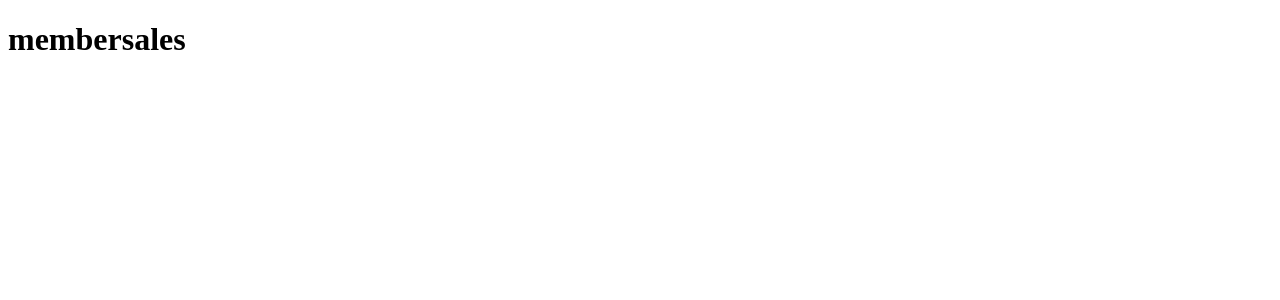
Repository: Kim-seongjun/javastudy2
Page: http://localhost/back_end_test/membersales
An editor plug-in stored every save of this project. The page is shown before and after the next save, followed by the edit.
The browser window is 1280 px wide. The pictures show the whole page.
The page is served by Tomcat 9. Other server files are loaded and not shown.

Above is the page before, as saved 2020-01-22 05:47:45.

### back_end_test/WebContent/membersales.jsp
<%@ page language="java" contentType="text/html; charset=UTF-8"
    pageEncoding="UTF-8"%>
<!DOCTYPE html>
<html>
<head>
<meta charset="UTF-8">
<title>Insert title here</title>
</head>
<body>
<h1>membersales</h1>
</body>
</html>

### back_end_test/src/com/icia/open/Controller/Home.java
package com.icia.open.Controller;

import java.io.IOException;

import javax.servlet.RequestDispatcher;
import javax.servlet.ServletException;
import javax.servlet.annotation.WebServlet;
import javax.servlet.http.HttpServlet;
import javax.servlet.http.HttpServletRequest;
import javax.servlet.http.HttpServletResponse;

import com.icia.open.Bean.Forward;
import com.icia.open.DAO.MemberDao;
import com.icia.open.service.MemberMM;

/**
 * Servlet implementation class Home
 */

@WebServlet({ "/Joinfrm","/memberlist","/membersales","/index" })

public class Home extends HttpServlet {
	private static final long serialVersionUID = 1L;

	protected void doProcess(HttpServletRequest request, HttpServletResponse response)
			throws ServletException, IOException {
		request.setCharacterEncoding("utf-8");
		String cmd = request.getServletPath();
		System.out.println("cmd = " + cmd);
		Forward fw = new Forward();
		MemberMM mm = new MemberMM(request, response);
		MemberDao md = new MemberDao();

		switch (cmd) {
		case "/Joinfrm":
			fw = mm.Joinfrm();
			break;
		case "/index":
			fw = mm.index();
			break;
		case "/memberlist":
			fw = mm.memberlist();
			break;
		case "/membersales":
			fw = mm.membersales();
			break;
		}
		if(fw!=null) {
	         if(fw.isRedirect()) {
	            response.sendRedirect(fw.getPath());
	         }
	         else {
	            RequestDispatcher dis=request.getRequestDispatcher(fw.getPath());
	            dis.forward(request, response);
	         }
	      }
	}

	protected void doGet(HttpServletRequest request, HttpServletResponse response)
			throws ServletException, IOException {
		doProcess(request, response);
	}

	protected void doPost(HttpServletRequest request, HttpServletResponse response)
			throws ServletException, IOException {
		doProcess(request, response);
	}

}

### back_end_test/src/com/icia/open/Bean/Forward.java
package com.icia.open.Bean;

public class Forward {
	private String path;
	private boolean isRedirect;

	public String getPath() {
		return path;
	}

	public void setPath(String path) {
		this.path = path;
	}

	public boolean isRedirect() {
		return isRedirect;
	}

	public void setRedirect(boolean isRedirect) {
		this.isRedirect = isRedirect;
	}
}

### back_end_test/src/com/icia/open/service/MemberMM.java
package com.icia.open.service;

import javax.servlet.http.HttpServletRequest;
import javax.servlet.http.HttpServletResponse;

import com.google.gson.Gson;
import com.icia.open.Bean.Forward;
import com.icia.open.Bean.Member;
import com.icia.open.DAO.MemberDao;

public class MemberMM {
	HttpServletRequest request;
	HttpServletResponse response;

	public MemberMM(HttpServletRequest request, HttpServletResponse response) {
		// TODO Auto-generated constructor stub
	}

	public Forward index() {
		Forward fw = new Forward();
		fw.setPath("index.jsp");
		fw.setRedirect(false);
		return fw;

	}

	public Forward Joinfrm() {
		Forward fw = new Forward();
		MemberDao mDao = new MemberDao();
		Member mb = mDao.joinfrm();
		System.out.println("111"+mb.getCustno());

		request.setAttribute("custno", mb.getCustno());

		fw.setPath("Joinfrm.jsp");
		fw.setRedirect(false);
		return fw;
	}

	public Forward memberlist() {
		Forward fw = new Forward();
		MemberDao mDao = new MemberDao();
		fw.setPath("memberlist.jsp");
		fw.setRedirect(false);
		return fw;
	}

	public Forward membersales() {
		Forward fw = new Forward();
		MemberDao mDao = new MemberDao();
		fw.setPath("membersales.jsp");
		fw.setRedirect(false);
		return fw;
	}

}

### back_end_test/src/com/icia/open/DAO/MemberDao.java
package com.icia.open.DAO;

import java.sql.Connection;
import java.sql.PreparedStatement;
import java.sql.ResultSet;
import java.sql.SQLException;

import com.icia.open.Bean.Member;

public class MemberDao {
	Connection con;
	PreparedStatement pstmt;
	ResultSet rs;

	public MemberDao() {
		con = JdbcUtil.getConnection();
	}

	public void close() {
		JdbcUtil.close(rs, pstmt, con);
	}

	public Member joinfrm() {
		String sql = "SELECT ROWNUM,CUSTNO FROM MEMBER WHERE ROWNUM=1 ORDER BY custno DESC";
		try {
			pstmt=con.prepareStatement(sql);
			rs=pstmt.executeQuery();
			Member mb = new Member();
			if(rs.next()) {
				mb.setCustno(rs.getInt("custno")+1);
				System.out.println("custno = "+rs.getInt("custno"));
			}
			return mb;

		} catch (SQLException e) {
			System.out.println("조인 예외");
			e.printStackTrace();
		}
		return null;
	}
}

### back_end_test/src/com/icia/open/DAO/JdbcUtil.java
package com.icia.open.DAO;
import java.sql.Connection;
import java.sql.DriverManager;
import java.sql.PreparedStatement;
import java.sql.ResultSet;
import java.sql.SQLException;

//디비접속, 디비종료, TX(commit, rollback....)
public class JdbcUtil {

	static { // 초기화 1번만
		try {
			Class.forName("oracle.jdbc.driver.OracleDriver");
		} catch (ClassNotFoundException cne) {
			System.out.println("드라이버 로딩 실패");
			cne.printStackTrace();
		}
	} // static End

	public static Connection getConnection() { //db접속
		Connection con=null;
		try {
			con = DriverManager.getConnection("jdbc:oracle:thin:@localhost:1521:xe", "ICIA2", "1111");
			System.out.println("DB접속 성공");
			//con.setAutoCommit(false);  //트랜잭션 처리시 수동 커밋
		} catch (SQLException e) {
			System.out.println("DB접속 실패");
			e.printStackTrace();
		}
		return con;
	}//getConnection() End

	public static void close(ResultSet rs, PreparedStatement pstmt, Connection con) {
		try {
			if (rs != null)
				rs.close();
			if (pstmt != null)
				pstmt.close();
			if (con != null)
				con.close();

		} catch (SQLException e) {
			System.out.println("close 에러");
			e.printStackTrace();
		}
		System.out.println("close Ok");
	} //close() End

	public static void commit(Connection con) {
		try {
		con.commit();
	} catch (Exception e) {
		e.printStackTrace();
	}

	}  // commit() End



	public static void rollback(Connection con) {
		try {
			con.rollback();
		} catch (Exception e) {
		}

	}//rollback() End




}//class End

### back_end_test/WebContent/header.jsp
<%@ page language="java" contentType="text/html; charset=UTF-8"
	pageEncoding="UTF-8"%>
<!DOCTYPE html>
<html>
<head>
<meta charset="UTF-8">
<title>Insert title here</title>
<style>
</style>
</head>
<body><b>쇼핑몰 회원관리 ver1.0</b>
</body>
</html>

### back_end_test/WebContent/nav.jsp
<%@ page language="java" contentType="text/html; charset=UTF-8"
    pageEncoding="UTF-8"%>
<!DOCTYPE html>
<html>
<head>
<meta charset="UTF-8">
<title>Insert title here</title>

</head>
<style>
ul li {
	list-style-type: none;
	display: inline;
	margin: 0px 10px;
}
</style>
<body>
   <div id="div_nav">
      <ul id="list">
         <li><a href="Joinfrm">회원등록</a></li>
         <li><a href="memberlist">회원목록조회/수정</a></li>
         <li><a href="membersales">회원매출조회</a></li>
         <li><a href="index">홈으로</a></li>
      </ul>
   </div>
</body>
</html>

After the next save:
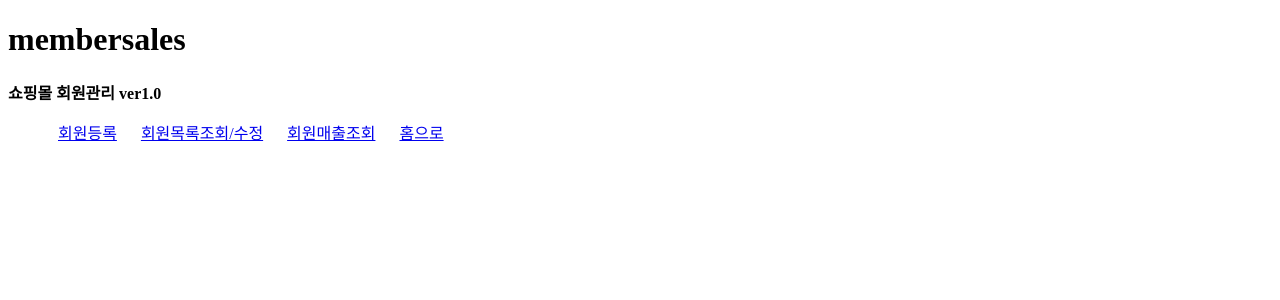
Saved 5 min 27 s later.
--- a/back_end_test/WebContent/membersales.jsp
+++ b/back_end_test/WebContent/membersales.jsp
@@ -8,5 +8,15 @@
 </head>
 <body>
 <h1>membersales</h1>
+<header>
+		<div id="header">
+			<jsp:include page="header.jsp" />
+		</div>
+	</header>
+	<nav>
+		<div id="nav">
+			<jsp:include page="nav.jsp" />
+		</div>
+	</nav>
 </body>
 </html>
